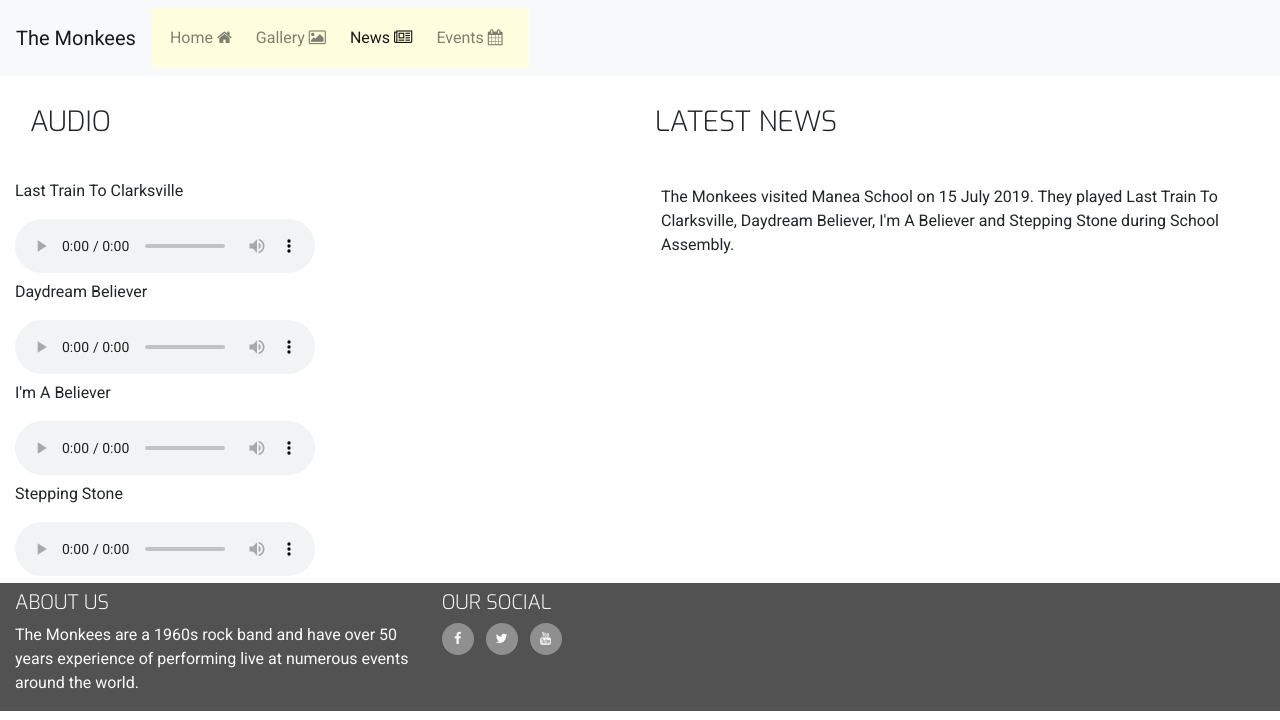
Repository: Code-Institute-Submissions/ucd-band
Page: news.html
The author's editor kept a record of every edit. The page is drawn from the files as they stood at one moment, then again after the next edit.
The browser window is 1280 px wide. The pictures show the whole page.

Above is the page before.

### news.html
<!DOCTYPE html>
<html>
    <head>
    <!-- Provide Meta Tags -->
    <meta charset="UTF-8">
    <meta name="viewport" content="width=device-width, initial-scale=1.0">
    <meta http-equiv="X-UA-Compatible" content="ie=edge">
    <!-- Provide Title Page for Browser -->
    <title>The Monkees - News Page</title>
    <!-- Load Style Sheets -->
    <link rel="stylesheet" href="https://maxcdn.bootstrapcdn.com/bootstrap/4.3.1/css/bootstrap.min.css" integrity="sha384-ggOyR0iXCbMQv3Xipma34MD+dH/1fQ784/j6cY/iJTQUOhcWr7x9JvoRxT2MZw1T" crossorigin="anonymous">
    <link rel="stylesheet" href="https://maxcdn.bootstrapcdn.com/font-awesome/4.7.0/css/font-awesome.min.css" type="text/css" />
    <link rel="stylesheet" href="assets/css/style.css" type="text/css" />

</head>
<body>
 <!-- Set Up Navigation -->
  <nav class="navbar navbar-light bg-light navbar-expand-sm fixed-top">

            <!-- Set Up Brand -->
            <a href="index.html" class="navbar-brand" title="The Monkees">The Monkees</a>

            <!-- Set Up Navbar Toggler -->
             <button class="navbar-toggler" type="button" data-toggle="collapse" data-target="#navbarSupportedContent" aria-controls="navbarSupportedContent" aria-expanded="false" aria-label="Toggle navigation">
    <span class="navbar-toggler-icon"></span>
  </button>

            <!-- Set Up Navbar Links -->
            <div class="collapse navbar-collapse" id="navbarSupportedContent">
            <!-- Set Up Navbar with Icons -->
                <ul class="navbar-nav mr-auto">

                    <li class="nav-item mr-2"><a class="nav-link" href="index.html">Home <i class="fa fa-home" aria-hidden="true"></i></a></li>
                    <li class="nav-item mr-2"><a class="nav-link" a href="gallery.html">Gallery <i class="fa fa-picture-o" aria-hidden="true"></i></a></li>
                    <li class="active nav-item mr-2"><a class="nav-link" a href="news.html">News <i class="fa fa-newspaper-o" aria-hidden="true"></i></a></li>
                    <li class="nav-item mr-2"><a class="nav-link" href="events.html">Events <i class="fa fa-calendar" aria-hidden="true"></i></a></li>
                </ul>
            </div>

 </nav>

    <section class="container-fluid">
            <div class="row">

                <div class="col-xs-12 col-sm-12 col-md-6 bg-color-audio section-column">

                        <div class="col-sm-12">
                            <h3 class="section-heading uppercase">Audio</h3>
                        </div>

                        <!-- Display Audio or Error Message for Last Train to Clarksville -->
                        <p class="audio-description">Last Train To Clarksville</p>
                        <audio controls>
                            <source src="assets/audio/Clarksville.mp3" type="audio/mpeg">
                            Your browser does not support the audio tag
                        </audio>

                        <!-- Display Audio or Error Message for Daydream Believer -->

                        <p class="audio-description">Daydream Believer</p>
                        <audio controls>
                            <source src="assets/audio/DaydreamBeliever.mp3" type="audio/mpeg">
                            Your browser does not support the audio tag
                        </audio>

                        <!-- Display Audio or Error Message for I'm A Believer -->

                        <p class="audio-description">I'm A Believer</p>
                        <audio controls>
                            <source src="assets/audio/ImABeliever.mp3" type="audio/mpeg">
                            Your browser does not support the audio tag
                        </audio>

                        <!-- Display Audio or Error Message for Stepping Stone -->

                        <p class="audio-description">Stepping Stone</p>
                        <audio controls>
                            <source src="assets/audio/SteppingStone.mp3" type="audio/mpeg">
                            Your browser does not support the audio tag
                        </audio>


                   </div>
                <div class="col-xs-12 col-sm-12 col-md-6">
                    <div class="row">
                        <div class="col-sm-12">
                            <h3 class="section-heading uppercase">Latest News</h3>
                        </div>
                    </div>
                    <!-- Set Up News Items -->
                    <div class="news-item">
                        <p class="news-description">The Monkees visited Manea School on 15 July 2019.
                        They played Last Train To Clarksville, Daydream Believer, I'm A Believer and Stepping Stone during School Assembly.</p>
                        </div>
                    </div>



            </div>
        </section>

    <!-- Provide footer details -->
    <footer class="container-fluid">
        <div class="row">
            <!-- Provide Information about The Monkees -->
            <div class="col-xs-12 col-sm-4 mt-2">
                <h5 class="uppercase general-sub">About Us</h5>
                <p class="inline-block">
                    The Monkees are a 1960s rock band and have over 50 years experience
                    of performing live at numerous events around the world.
                </p>
            </div>

            <!-- Provide Social Links (e.g. YouTube) -->
            <div class="col-xs-12 col-sm-8 mt-2">
                <h5 class="uppercase general-sub">Our Social</h5>
                <ul class="list-inline social-links">
                    <li class="list-inline-item"><a target="_blank" href="https://www.facebook.com/TheMonkees" title="Facebook"><i class="fa fa-facebook"></i></a></li>
                    <li class="list-inline-item"><a target="_blank" href="https://twitter.com/monkeesofficial" title="Twitter"><i class="fa fa-twitter"></i></a></li>
                    <li class="list-inline-item"><a target="_blank" href="https://www.youtube.com/user/themonkees" title="YouTube"><i class="fa fa-youtube"></i></a></li>
                </ul>

            </div>
        </div>
    </footer>
</body>
</html>

### assets/css/style.css
/* Import Font */


@import url('https://fonts.googleapis.com/css?family=Roboto:100,200,300,400,500,600,700|Exo:100,200,300,400,500,600,700');

/* Body */

body {

    font-family: "Roboto", Arial, Verdana, sans-serif;
    padding-top: 80px;

}

/* Navbar Styles */

.navbar-nav {

    background-color: lightyellow;

    padding: 10px;

}

.navbar {

    margin-bottom: 0;
    border: 0;
    width: 100%;

}

/* Special Padding/Margins/Text */

h1, h2, h3, h4 {
    margin: 0;
}

.uppercase {
    text-transform: uppercase;
}

.general-sub {
    font-family: "Exo", Arial, Verdana, sans-serif;
    font-weight: 300;
    color: #fafafa;
}

.inline-block {
    display: inline-block;
}

.row-table {
    display: table;
}

.section-heading {
    font-family: "Exo", Arial, Verdana, sans-serif;
    font-weight: 300;
    margin-top: 25px;
    margin-bottom: 40px;
}

/* Download PDF Styles */

.events-pdf {
    color: green;
    text-align: center;
    font-size: 18px;
    padding-left: 5px;
}

.events-pdf i:hover {
    color: purple;
    transition: all 0.35s ease-in-out;
    -moz-transition: all 0.35s ease-in-out;
    -webkit-transition: all 0.35s ease-in-out;
    -o-transition: all 0.35s ease-in-out;
}


/* Footer */

footer {
    background-color: #525252;
    color: #fafafa;
    min-height: 120px;
    margin: 0;
}



.social-links {
    padding-bottom: 15px;
}

.social-links li a i {
    width: 32px;
    height: 32px;
    padding: 12px 0px;
    border-radius: 50%;
    font-size: 13px;
    line-height: 7px;
    text-align: center;
    color: #fafafa;
    background: #8f8f8f;
    transition: all 0.35s ease-in-out;
    -moz-transition: all 0.35s ease-in-out;
    -webkit-transition: all 0.35s ease-in-out;
    -o-transition: all 0.35s ease-in-out;

}

.social-links li a i:hover {
    background: #e84610;

}



/* Welcome */

.welcome-item {
    margin-bottom: 20px;
    display: block;
    clear: both;
    padding: 8px;
}

.contents-item {
    font-family: "Roboto", Arial, Verdana, sans-serif;
    font-weight: 400;
}

/* News */

.news-item {
    margin-bottom: 20px;
    display: block;
    clear: both;
    padding: 6px;
}

.news-description {
    font-family: "Roboto", Arial, Verdana, sans-serif;
    font-weight: 400;
}

/* Audio */
.audio-description {
    font-family: "Roboto", Arial, Verdana, sans-serif;
    font-weight: 400;
}




/* Table Styles */

th {
    background-color: lightblue;
}


/* Gallery */
div .desc {
    padding: 15px;
    text-align: center;
}

div .gallery {
    border: 1px solid #676767;
}

div .gallery:hover {
    border: 1px solid #e84610;
}

div .gallery img {
    height: auto;
    width: 100%;
}

hr {
    border: 1px solid black;
}

img {
    display: block;
    margin: auto;
}

.responsive {
    padding: 4px 10px;
    float: left;
    width: 20%;
}

.img-clearfix:after {
    content: "";
    display: table;
    clear: both;
}

/* Media Queries */

@media only screen and (min-width: 501px) and (max-width: 700px) {
    .responsive {
        width: 50%;
        margin: 6px 0px;
    }
}

@media only screen and (max-width: 500px) {
    .responsive {
        width: 100%;
    }
}

After the next edit:
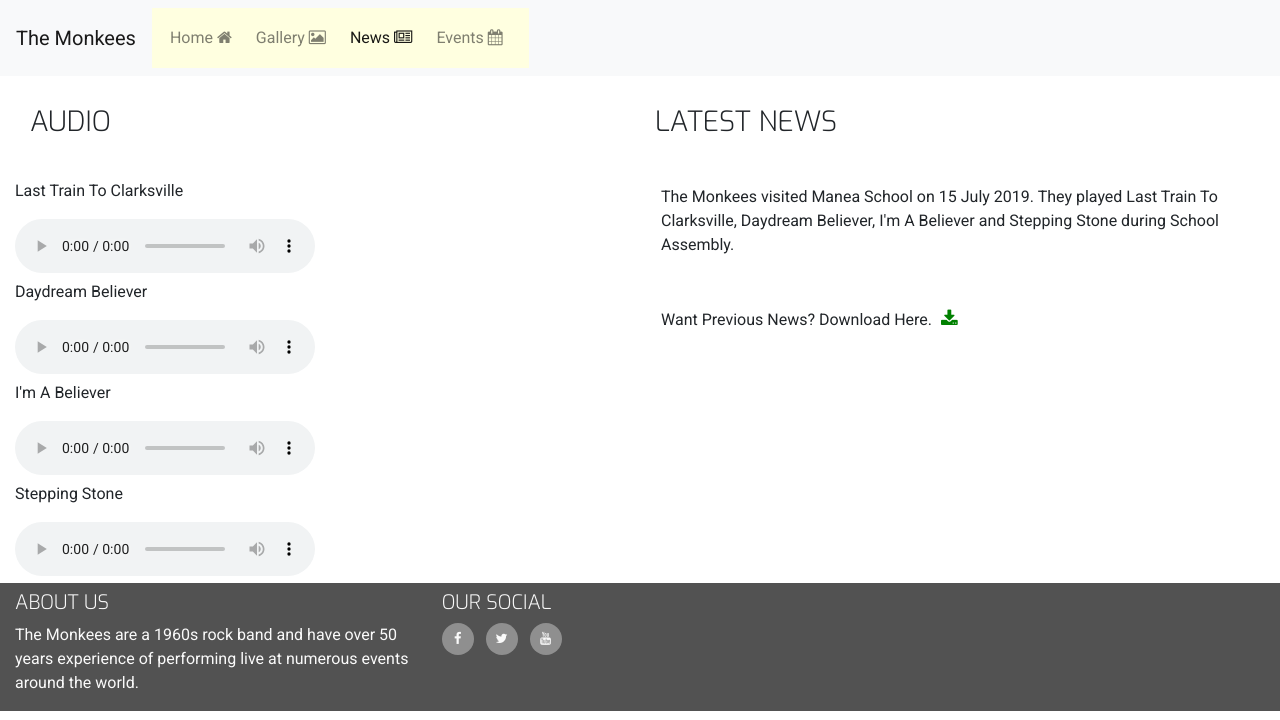
The edit:
--- a/news.html
+++ b/news.html
@@ -92,6 +92,13 @@
                         <p class="news-description">The Monkees visited Manea School on 15 July 2019.
                         They played Last Train To Clarksville, Daydream Believer, I'm A Believer and Stepping Stone during School Assembly.</p>
                         </div>
+
+                    <div class="news-item">
+                        <p class="news-description">Want Previous News?  Download Here.
+                        <a href="assets/events/event-schedule.pdf" target="_blank" title="Event Schedule" class="events-pdf">
+
+                        <i class="fa fa-download" aria-hidden="true"></i></a></p>
+                        </div>
                     </div>
 
 
